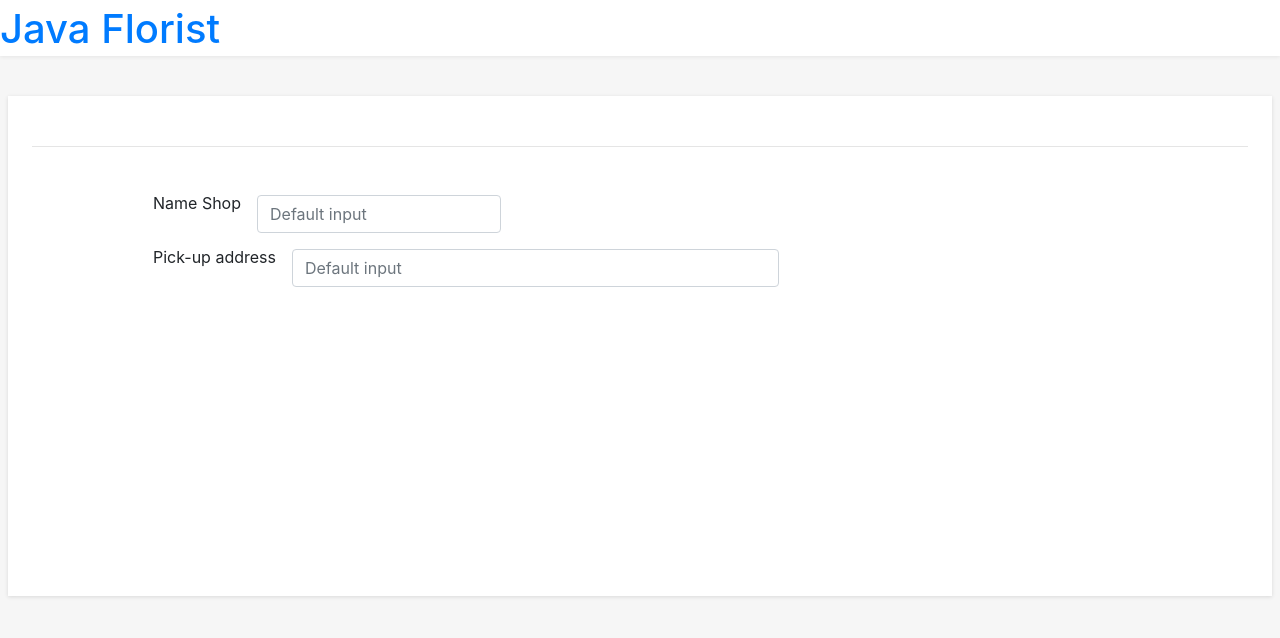
Repository: hienttm/flower-java-florist
Page: JavaFlorist/JavaFlorist/wwwroot/BecomePartner/index.html
The author's editor kept a copy of each file at every save. The page is drawn from the files as they stood at one save, then again after the next save.
The browser window is 1280 px wide. The pictures show the whole page.
Some web libraries are served in a nearby version.

Above is the page before, as saved 2023-12-29 17:52:11.

### JavaFlorist/JavaFlorist/wwwroot/BecomePartner/index.html
<!DOCTYPE html>
<html lang="en">
<head>
    <meta charset="UTF-8">
    <meta name="viewport" content="width=device-width, initial-scale=1.0">
    <title>Document</title>
        <!-- Google Web Fonts -->
        <link rel="preconnect" href="https://fonts.googleapis.com">
        <link rel="preconnect" href="https://fonts.gstatic.com" crossorigin>
        <link href="https://fonts.googleapis.com/css2?family=Open+Sans:wght@400;600&family=Raleway:wght@600;800&display=swap" rel="stylesheet">

        <!-- Icon Font Stylesheet -->
        <link rel="stylesheet" href="https://use.fontawesome.com/releases/v5.15.4/css/all.css" />
        <link href="https://cdn.jsdelivr.net/npm/bootstrap-icons@1.4.1/font/bootstrap-icons.css" rel="stylesheet">

            <!-- Customized Bootstrap Stylesheet -->
            <link rel="stylesheet" href="https://cdn.jsdelivr.net/npm/bootstrap@4.0.0/dist/css/bootstrap.min.css" integrity="sha384-Gn5384xqQ1aoWXA+058RXPxPg6fy4IWvTNh0E263XmFcJlSAwiGgFAW/dAiS6JXm" crossorigin="anonymous">
        <link rel="stylesheet" href="style/Partner.css">
</head>
<body>
    <!-- Spinner Start -->
    <div class="onboarding-page">
        <div class="header">
            <a asp-action="Index" asp-controller="Home" class="navbar-brand"><h1 class="text-primary display-6"> Java Florist</h1></a>
        </div>
        <div class="onboarding">
            <div class="onboarding-layout__main">
                <div class="onboarding-layout__content onboarding-layout__card">
                    <div class="flow-step-content">
                        <div class="steps-header"></div>
                        <div class="form-input">
                            <form action="">
                                <div class="onboarding-form-item form-group row">
                                    <label class="pr-3" for="">Name Shop</label>
                                    <input class="form-control w-25" type="text" placeholder="Default input">
                                </div>

                                <div class="onboarding-form-item form-group row">
                                    <label class="pr-3" for="">Pick-up address</label>
                                    <input class="form-control w-50" type="text" placeholder="Default input">
                                </div>
                            </form>
                        </div>
                    </div>

                </div>
            </div>
        </div>
    </div>


        <!-- JavaScript Libraries -->
        <script src="https://ajax.googleapis.com/ajax/libs/jquery/3.6.4/jquery.min.js"></script>
        <script src="https://cdn.jsdelivr.net/npm/bootstrap@5.0.0/dist/js/bootstrap.bundle.min.js"></script>
</body>
</html>

### JavaFlorist/JavaFlorist/wwwroot/BecomePartner/style/Partner.css
*,
*:before,
*:after {
  box-sizing: border-box;
}
* {
  margin: 0;
  padding: 0;
  font: inherit;
}
img,
picture,
svg,
video {
  display: block;
  max-width: 100%;
}
input,
select,
textarea {
  background-color: transparent;
  outline: none;
}
button {
  cursor: pointer;
  background-color: transparent;
  outline: none;
  border: 0;
}
body {
  min-height: 100vh;
  font-weight: 400;
  font-size: 16px;
  line-height: 1;
}

.onboarding-page{
    padding-top: 56px;
    min-width: 1264px;
    margin: 0 auto;
}
.header{
    position: fixed;
    top: 0;
    left: 0;
    width: 100%;
    height: 56px;
    box-shadow: 0 1px 4px 0 rgba(0,0,0,.07);
    background-color: #fff;
    z-index: 100001;
}

.navbar-brand{
    color: #CDB4DB !important;
}
.onboarding {
    min-height: calc(100vh - 56px - 40px);
    padding-bottom: 40px;
    background-color: #f6f6f6;
    }

.onboarding-layout__main {
        padding-top: 40px;
}

.onboarding-layout__card {
    width: 1264px;
    margin: 0 auto;
    height: 500px;
    background-color: #fff;
    box-shadow: 0 1px 4px 0 rgba(0,0,0,.12);
    }

    .flow-step-content{
        padding: 50px 24px;
    }
    .steps-header{
        border-bottom: 1px solid #e5e5e5;
    }

    .form-input{
        max-width: 944px;
        margin: 48px auto 40px;
        min-height: 198px;
}

After the next save:
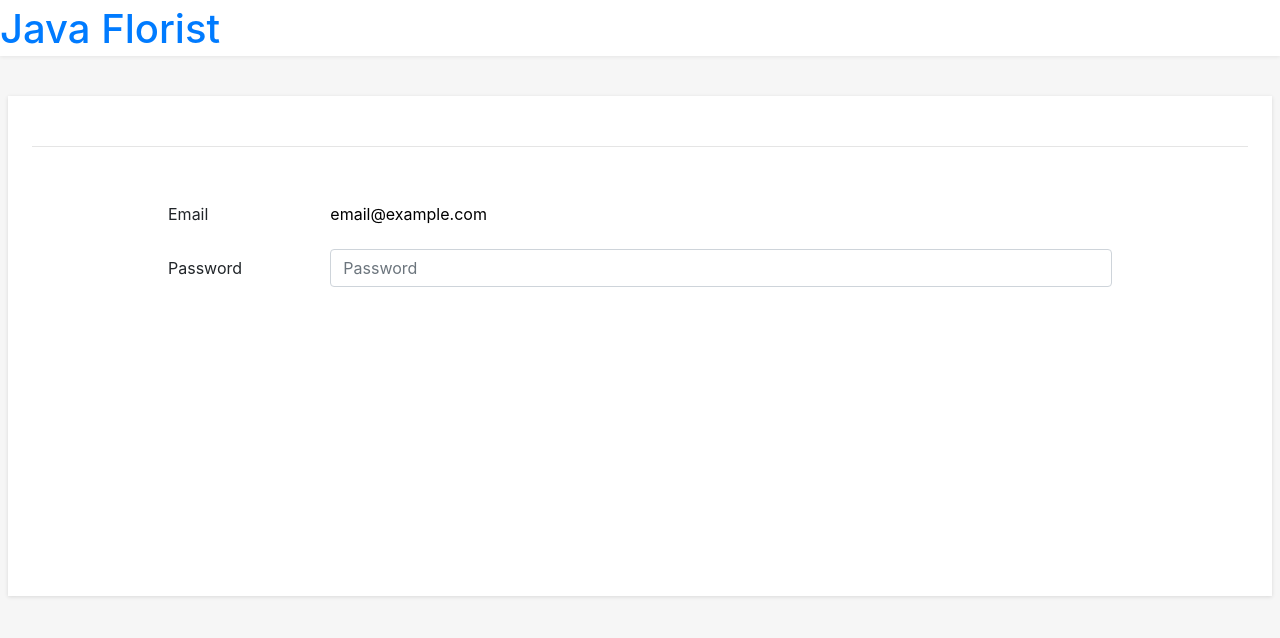
Saved 96 s later.
--- a/JavaFlorist/JavaFlorist/wwwroot/BecomePartner/index.html
+++ b/JavaFlorist/JavaFlorist/wwwroot/BecomePartner/index.html
@@ -29,17 +29,20 @@
                     <div class="flow-step-content">
                         <div class="steps-header"></div>
                         <div class="form-input">
-                            <form action="">
-                                <div class="onboarding-form-item form-group row">
-                                    <label class="pr-3" for="">Name Shop</label>
-                                    <input class="form-control w-25" type="text" placeholder="Default input">
+                            <form>
+                                <div class="form-group row">
+                                  <label for="staticEmail" class="col-sm-2 col-form-label">Email</label>
+                                  <div class="col-sm-10">
+                                    <input type="text" readonly class="form-control-plaintext" id="staticEmail" value="email@example.com">
+                                  </div>
                                 </div>
-
-                                <div class="onboarding-form-item form-group row">
-                                    <label class="pr-3" for="">Pick-up address</label>
-                                    <input class="form-control w-50" type="text" placeholder="Default input">
+                                <div class="form-group row">
+                                  <label for="inputPassword" class="col-sm-2 col-form-label">Password</label>
+                                  <div class="col-sm-10">
+                                    <input type="password" class="form-control" id="inputPassword" placeholder="Password">
+                                  </div>
                                 </div>
-                            </form>
+                              </form>
                         </div>
                     </div>
 
